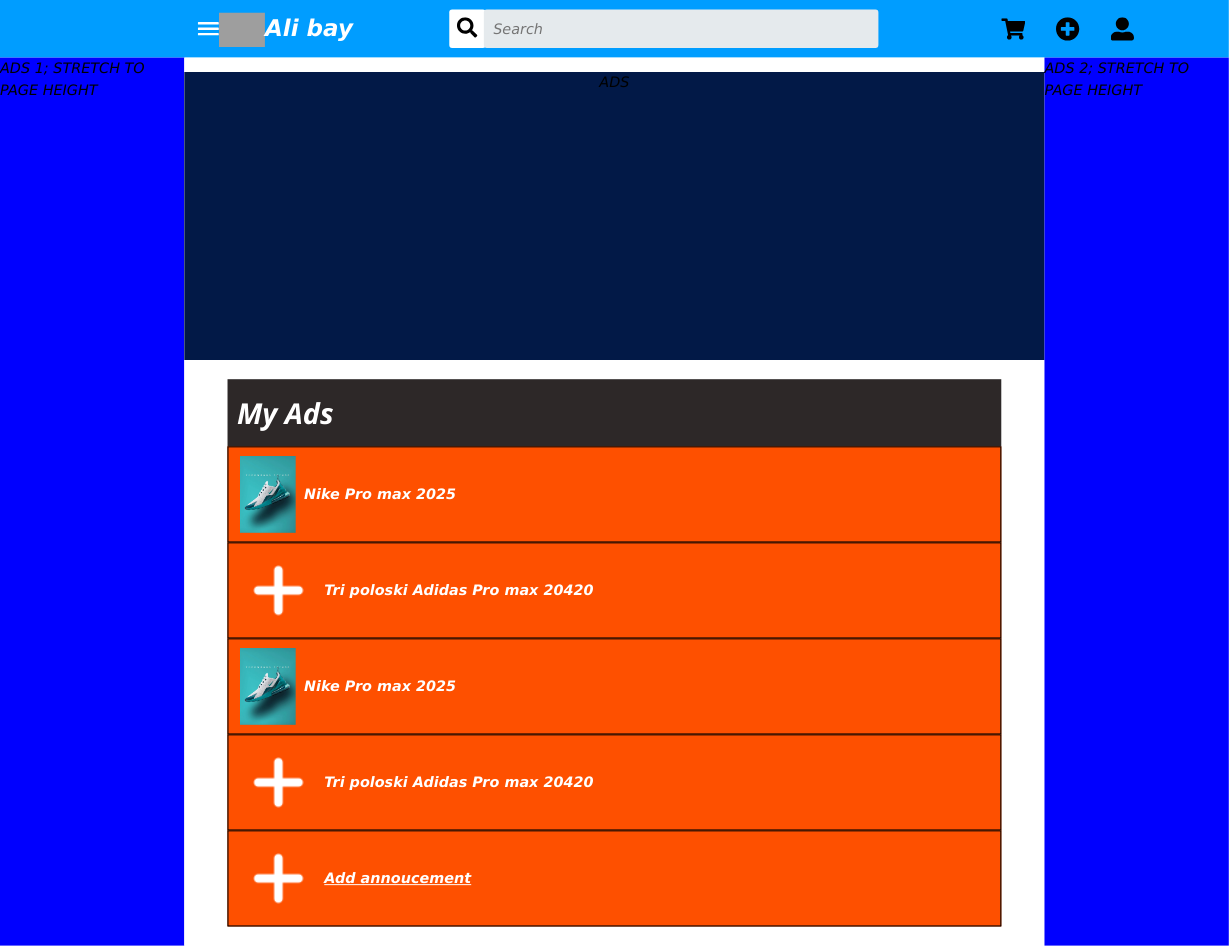
Repository: Aramys21/alibay-site
Page: public/ad_list.html
The author's editor kept a copy of each file at every save. The page is drawn from the files as they stood at one save, then again after a run of saves.
The browser window is 1280 px wide. The pictures show the whole page, at 96% of full size.
Pictures or frames that could not be fetched are drawn as grey boxes.

Above is the page before, as saved 2023-04-05 00:38:43.

### public/ad_list.html
<!DOCTYPE html>
<html>
  <head>
	<link rel="stylesheet" href="src/css/w3.css">
	<link rel="stylesheet" href="src/css/style.css">
	<link rel="stylesheet" href="src/css/style4.css">
    <title>Ads List Page</title>
  </head>
  <body>
	<div class="w3-sidebar w3-bar-block w3-card w3-animate-left side-bar" style="display:none" id="mySidebar">
		<!-- Side bar Menu -->
		<div class="sidebar-language">
			<button class="w3-bar-item w3-button w3-xlarge sidebar">ENG</button>
			<button class="w3-bar-item w3-button w3-xlarge sidebar">FR</button>
			<button class="w3-bar-item w3-button w3-xlarge sidebar">عربي</button>
		</div>
		<!-- contents of side bar -->
		<a class="w3-bar-item sidebar-title">Compte</a>
		<a href="login.html" class="w3-bar-item sidebar-link"><img class="search-icon" src="src/icons/account-white-icon.svg" style="height:12px;"> Login</a>
		<a href="register.html" class="w3-bar-item sidebar-link"><img class="search-icon" src="src/icons/account-add-icon.svg" style="height:12px;"> Register</a>
		<!-- separator -->
		<a class="w3-bar-item sidebar-title">Categories</a>
		<a href="#" class="w3-bar-item sidebar-link"><img class="search-icon" src="src/icons/perfume-icon.svg" style="height:18px;"> Cosmetique et beauté</a>
		<a href="#" class="w3-bar-item sidebar-link"><img class="search-icon" src="src/icons/watch-icon.svg" style="height:18px;"> Accessoire de mode</a>
		<a href="#" class="w3-bar-item sidebar-link"><img class="search-icon" src="src/icons/car-icon.svg" style="height:18px;"> Véhicules</a>
		<a href="#" class="w3-bar-item sidebar-link"><img class="search-icon" src="src/icons/battery-icon.svg" style="height:18px;"> piéces détachées</a>
		<a href="#" class="w3-bar-item sidebar-link"><img class="search-icon" src="src/icons/android-icon.svg" style="height:18px;"> Téléphones</a>
		<a href="#" class="w3-bar-item sidebar-link"><img class="search-icon" src="src/icons/headphones-icon.svg" style="height:18px;"> Accessoires de téléphones</a>
		<a href="#" class="w3-bar-item sidebar-link"><img class="search-icon" src="src/icons/appliance-icon.svg" style="height:18px;"> Electronique et electroménager</a>
		<a href="vetements.html" class="w3-bar-item sidebar-link"><img class="search-icon" src="src/icons/clothes-icon.svg" style="height:18px;"> Vétements</a>
	</div>

   <div id="navbar" class="navbar">
		<a href="#" id="openNav" class="w3-large navbar-first" onclick="menu_click()"><svg width="22" height="14" viewBox="0 0 22 14" fill="none" xmlns="http://www.w3.org/2000/svg">
			<path d="M0.785714 2.57143H21.2143C21.6482 2.57143 22 2.31561 22 2V0.571429C22 0.255821 21.6482 0 21.2143 0H0.785714C0.351754 0 0 0.255821 0 0.571429V2C0 2.31561 0.351754 2.57143 0.785714 2.57143ZM0.785714 8.28571H21.2143C21.6482 8.28571 22 8.02989 22 7.71429V6.28571C22 5.97011 21.6482 5.71429 21.2143 5.71429H0.785714C0.351754 5.71429 0 5.97011 0 6.28571V7.71429C0 8.02989 0.351754 8.28571 0.785714 8.28571ZM0.785714 14H21.2143C21.6482 14 22 13.7442 22 13.4286V12C22 11.6844 21.6482 11.4286 21.2143 11.4286H0.785714C0.351754 11.4286 0 11.6844 0 12V13.4286C0 13.7442 0.351754 14 0.785714 14Z" fill="white"/>
			</svg>
			</a>
		<div class="navbar__logo"><a href="home.html"><img src="src/images/logo-ab.png" style="width:8%;height:auto;"/>Ali bay</a></div>
		<div class="navbar__search">
		<a class="search-icon-link" href="#"><img class="search-icon" src="src/icons/search-icon.svg" style="width:22px;"></a>
		<input type="text" placeholder="Search" class="navbar__search__input"/>
		</div>
		<div class="navbar__links">


			<div class="dropdown">
				<a href="#" class="dropbtn"><img class="nav-icons" src="src/icons/cart-icon.svg"></a>
				<div id="dropdown-cart" class="dropdown-content">
					<p>My Cart</p>
					<a href="#"><img class="search-icon" src="src/icons/clothes-icon.svg"> Link 1</a>
					<a href="#"><img class="search-icon" src="src/icons/watch-icon.svg"> Link 2</a>
					<a href="#"><img class="search-icon" src="src/icons/appliance-icon.svg"> Link 3</a>
				</div>
			</div>

			<div class="dropdown">
				<a href="ad_list.html" class="dropbtn"><img class="nav-icons" src="src/icons/add-icon.svg"></a>
			</div>

			<div class="dropdown">
				<a href="#" class="dropbtn"><img class="nav-icons" src="src/icons/account-icon.svg"></a>
				<div id="dropdown-acc" class="dropdown-content">
					<p>My Account</p>
					<div class="dropdown-acc-info-container">
						<div class="dropdown-acc-icon"><img id="dropdown-account-icon" src="src/icons/account-icon.svg"></div>
						<a id="dropdown-acc-username">WexDex</a>
					</div>

					<a href="#">Disconnect</a>
				</div>
			</div>

      </div>
    </div>
	<script>
		function menu_click() {
		  if (document.getElementById("mySidebar").style.display === "none") {
			  document.getElementById("mySidebar").style.left = "0";
			  document.getElementById("mySidebar").style.width = "15%";
			  document.getElementById("mySidebar").style.display = "block";
		  }
		  else {
			  document.getElementById("mySidebar").style.display = "none";
		  }
		}
		function w3_close() {
			  document.getElementById("mySidebar").style.display = "none";
		}
	</script>

	<!-- Body Start -->
	<div id="container" style="display:flex;">
	<div class="left">ADS 1; STRETCH TO PAGE HEIGHT</div>
	<div class="main">
		<!-- ADS -->
		<div class="ad-box">
			<p>ADS</p>
		</div>
		<!-- main content -->

		<div class="list-container">
			<div class="list-label"><h2>My Ads</h2></div>
			<!-- Item list -->

			<!-- Single item start -->
			<div class="list-item">
				<a><img src="src/images/ades (1).png"></a>
				<a>Nike Pro max 2025</a>
			</div>
			<!-- single item end -->

			<!-- Single item start -->
			<div class="list-item">
				<a><img src="src/images/ades (2).png"></a>
				<a>Tri poloski Adidas Pro max 20420</a>
			</div>
			<!-- single item end -->

			<!-- Single item start -->
			<div class="list-item">
				<a><img src="src/images/ades (1).png"></a>
				<a>Nike Pro max 2025</a>
			</div>
			<!-- single item end -->

			<!-- Single item start -->
			<div class="list-item">
				<a><img src="src/images/ades (2).png"></a>
				<a>Tri poloski Adidas Pro max 20420</a>
			</div>
			<!-- single item end -->
			<a href=""></a><div class="list-item">
				<a href="#"><img src="src/images/ades (2).png"></a>
				<a href="#">Add annoucement</a>
			</div>
		</div>


	</div>
		<div class="right">ADS 2; STRETCH TO PAGE HEIGHT</div>
	</div>

	<a href="#" class="back-to-top"></a>
	<script>
		const backToTopButton = document.querySelector('.back-to-top');

		window.addEventListener('scroll', () => {
		  if (window.scrollY > 200) {
			backToTopButton.classList.add('show');
		  } else {
			backToTopButton.classList.remove('show');
		  }
		});

		backToTopButton.addEventListener('click', () => {
		  window.scrollTo({ top: 0, behavior: 'smooth' });
		});

	</script>
  </body>
</html>

### public/src/css/style.css
html,
body {

  font-style: italic;
}

/* Style for the navbar */
  .navbar {
	display: flex;
	justify-content: space-between;
	align-items: center;
	background-color: #009dff;
	color: #fff;
	padding: 10px;
	height: 60px;
  }
  .navbar__logo a {
	font-size: 24px;
	font-weight: bold;
	display: inline;
	color: #fff;
	text-decoration: none;

  }
  .navbar__logo img {
	  width:20% !important;
  }
  .navbar-first {
	  margin-left: 15%;
  }
  .navbar__logo {
	  display: inline;
	  width: 30%;
  }
  .navbar__search {
	  display: flex;
	  width:70%;
  }

  .navbar__search__input {
	/* margin: 0 20px; */
	margin-left: -2px;
	height: 40px;
	border-radius: 3px;
	border: none;
	padding: 0 10px;
	z-index: 1;
  }

  input[type="text"].navbar__search__input {
	margin-right: 20%;
	width: 100% !important;
	background-color: #e5eaed;
  }
  .search-icon-link {
	padding-top: 7px;
	background-color: #ffffff;
	border-radius: 3px;
	border: none;
	padding-left: 8px;
	padding-right: 8px;
  }

  .navbar__links {
	display: flex;
	margin-right: 5%;
  }
  .navbar__links a {
	color: #000;
	text-decoration: none;
	margin-right: 30px;
	font-size: 20px;
	margin-right: 50px;
  }
  .navbar__links a:last-child {
	margin-right: 0;
  }


  .nav-icons {
	  fill: black;
	  color: black;
  }

.side-bar {
	transition: 0.5s;
	background-color: #009dff;
	color: #fff;
}

#navbar {
  transition: margin-left .5s;
  padding: 20px;
}

@media screen and (max-height: 450px) {
  .navbar {padding-top: 15px;}
  .navbar a {font-size: 18px;}
}

/* Drop down */

.dropdown {
  float: left;
  overflow: hidden;
}

.dropdown .dropbtn {
  font-size: 16px;
  border: none;
  outline: none;
  color: white;
  padding: 14px 16px;
  background-color: inherit;
  font-family: inherit;
  margin: 0;
}

.navbar a:hover, .dropdown:hover .dropbtn {

}

.dropdown-content {
  display: none;
  position: absolute;
  background-color: #f9f9f9;
  box-shadow: 0px 8px 16px 0px rgba(0,0,0,0.2);
  z-index: 1;
  right : 10px;
}
#dropdown-cart {
	min-width: 400px;
}
#dropdown-acc {
	min-width: 250px;
}

.dropdown-acc-info-container {
	display: flex;
	align-items: center;
	background-color: #2D2828;
}
.dropdown-acc-info-container a {
	color: white;
	font-size: 20px;

}

.dropdown-acc-icon {
  display: flex;
  justify-content: center;
  align-items: center;
  width: 70px;
  height: 70px !important;
  border-radius: 50%;
  background-color: #FE5000;
  margin-bottom: 5px;
  color: white;
  margin: 5px;
}

.dropdown-acc-icon img {
	fill: #fff;
	color: #fff;
}

.dropdown-content a:not([id="dropdown-acc-username"]),.dropdown-content p,.dropdown-content img {
  float: none;
  color: #fff;
  padding: 6px 10px;
  text-decoration: none;
  display: flex;
  text-align: left;
  margin-right: 0;
  background-color: #FE5000;
}
.dropdown-content img {
	background-color: transparent;
}
.dropdown-content a {
	display: flex;
}

.dropdown-content p {
	background-color: #2D2828;
	margin-bottom: 0;
	margin-top: 0;
	font-size: 20px;
	color: #fff;
}
#dropdown-acc p {
	background-color: #000;
}

.dropdown-content a:hover:not([id="dropdown-acc-username"]),.dropdown-content img:hover {
  background-color: #942B0A;
}
#dropdown-account-icon:hover {
	background-color: transparent;
}

.dropdown:hover .dropdown-content {
  display: block;
}

/* Sidebar */

.sidebar-language button {
	width: 34%;
	font-size: 20px;
}
.sidebar-language {
	display: flex;
	background-color: #0077ff;
	color: #fff;
}
a.sidebar-title, a.sidebar-link {
	text-decoration: none;
}
a.sidebar-link {
	margin-left: 5%;
}
a.sidebar-link:hover {
	background-color: #942B0A;
}


/* Body Structure */
.container {
  justify-content: center;
  align-items: center;
}
.left,
.right {
  display:flex;
  /* height: 100%; */
  width: 15%;
}
.left {
  background-color: blue;
}

.right {
  background-color: blue;
}

.main {
  height: 100%;
  background-color: white;
  width: 70%;
}


/* Content */
.ad-box {
	height:300px;
	background-color: #021947;
	text-align: center;
	align-items: middle;
	margin: auto;
	width:100%;

}

.ad-box img {
	color: #000;
	font-size: 40px;
	margin: auto;
  background-size: cover;
  width: 100%;
  height: 100%;

}
.right img{
  width: 100%;
  height: 100%;

}

/* Categories */

.category-links {
	display: flex;
	justify-content: space-between;
	align-items: center;
  justify-content: center;
	background-color: #2D2828;
	height: 250px;
  padding-top: 10px;
	/* padding-left: 5%;
	padding-right: 5%; */
	flex-wrap: wrap;
	width:auto;
	/* margin-left: 15%; */
	/* margin-right: auto; */
}

.category-link {
  display: flex;
  flex-direction: column;
  justify-content: center;
  align-items: center;
  text-align: center;
  width: 100px;
  height: 120px;
  text-decoration: none;
  font-weight: bold;
  font-size: 1.2em;
  margin-right: 10px;
}

.category-icon {
  display: flex;
  justify-content: center;
  align-items: center;
  width: 70px;
  height: 70px !important;
  border-radius: 50%;
  background-color: #009dff;
  margin-bottom: 5px;
  color: white;
}
.category-icon.active-category {
  background-color: #8CBE39;
}

.category-icon img {
	fill: #fff;
	color: #fff;
}
.icn{
color: #fff;
fill: #fff;
height: 75% ;
}
.category-text {
  display: flex;
  text-overflow: ellipsis;
  overflow: hidden;
  word-wrap: break-word;
  color: white;
  font-size: 1rem;
  height: 50px;
}
/* Filter Bar */
.filter-container {
	/* width: 80%; */
	margin: auto;
	margin-top: 20px;
	display: flex;
	justify-content: center;
}
.filter-bar {
	display: flex;
	width: 40%;
	margin-right: 10%;
}
.filter-bar input {
	width: 100%;
	background-color: #009dff;
	border: none;
	color: white;
	border-top-left-radius: 5px;
	border-bottom-left-radius: 5px;
}

.filter-search-icon-link {
	padding: 8px;
	background-color: #08024f;
	border-top-right-radius: 3px;
	border-bottom-right-radius: 3px;
	border: none;
  }
/* Filter Dropdown */
.filter-dropdown {
  position: relative;
  display: inline-block;
}

.filter-btn {
  background-color: #009dff;
  color: white;
  padding: 10px;
  border: none;
  cursor: pointer;
  border-radius: 15px;
  font-size: 18px;
}

.filter-content {
  display: none;
  position: absolute;
  background-color: #009dff;
  min-width: 200px;
  z-index: 1;
  padding: 10px;
  box-shadow: 0px 8px 16px 0px rgba(0,0,0,0.2);
  border: black solid 1px;
}
.filter-content select,.filter-content input {
	background-color: #2D2828;
	color: white;
}

.filter-content form {
  margin: 0;
}

.filter-content label {
  display: block;
  font-weight: bold;
  margin-bottom: 5px;
}

.filter-content select, .filter-content input {
  display: block;
  margin-bottom: 10px;
  width: 100%;
  padding: 5px;
  border: 1px solid #ccc;
  border-radius: 4px;
  box-sizing: border-box;
}

.filter-content button[type=submit] {
  background-color: #4CAF50;
  color: white;
  border: none;
  padding: 10px;
  cursor: pointer;
}

.filter-dropdown:hover .filter-content {
  display: block;
}


/* Products List */
.product-list {
	display: flex;
	flex-wrap: wrap;
	justify-content: space-between;
	padding-left: 10%;
	padding-right: 10%;
	padding-top: 5%;
	width:100%;
}

.product-card {
  width: calc((100% / 3) - 20px);
  margin-bottom: 20px;
  box-shadow: 0 0 5px rgba(0, 0, 0, 0.2);
  border-radius: 5px;
  overflow: hidden;
  background-color: #006afe;
}

.product-card-img {
  display: block;
  width: 100%;
  height: 350px;
}

.product-card h2 {
  font-size: 1.2em;
  margin: 10px;
}

.product-card p {
  font-size: 0.9em;
  margin: 10px;
  color: #555;
}

.product-icons {
	display: flex;
	align-items: center;
	width: 50%;
}

.product-card a.card-icon-links {
  margin-left: 20px;
  padding: 20px 0px;
  border: none;
  color: white;
  font-weight: bold;
  border-radius: 5px;
  cursor: pointer;
}

.card-icons img {
	width: 33%;
	height: 33%;
}

/* Back to Top button */
.back-to-top {
  display: none;
  position: fixed;
  bottom: 20px;
  right: 20px;
  width: 50px;
  height: 50px;
  background-color: #007bff;
  color: white;
  border-radius: 50%;
  text-align: center;
  line-height: 50px;
  font-size: 24px;
  cursor: pointer;
  z-index: 9999;
  transition: opacity 0.4s ease-in-out;
  text-decoration: none;
}

.back-to-top:before {
  content: "\2191";
  font-family: Arial, sans-serif;
  font-weight: bold;
}

.back-to-top:hover {
  opacity: 0.8;
}

.back-to-top.active {
  display: block;
}


.back-to-top.show {
  display: block;
  opacity: 1;
}

### public/src/css/style4.css
.list-container {
	width: 90%;
	background-color: #2D2828;
	margin: auto;
	margin-top: 20px;
	margin-bottom: 20px;
}

.list-label {
	min-height: 70px;
	max-height: 70px;
	display: flex;
    align-items: center;
}

.list-item {
	min-height: 100px;
	max-height: 100px;
	display: flex;
    align-items: center;
	background-color: #FE5000;

	border: black solid 1px;
}

.list-item img {
	height: 80px;
	margin-left: 3%;
}

.list-container h2 {
	color: white;
	font-weight: bold;
	margin-left: 10px;
}

.list-item a {
	color: white;
	font-size: 30;
	font-weight: bold;
	margin-left: 10px;
}

Loaded but not shown: public/src/css/w3.css (library)

After the next 2 saves:
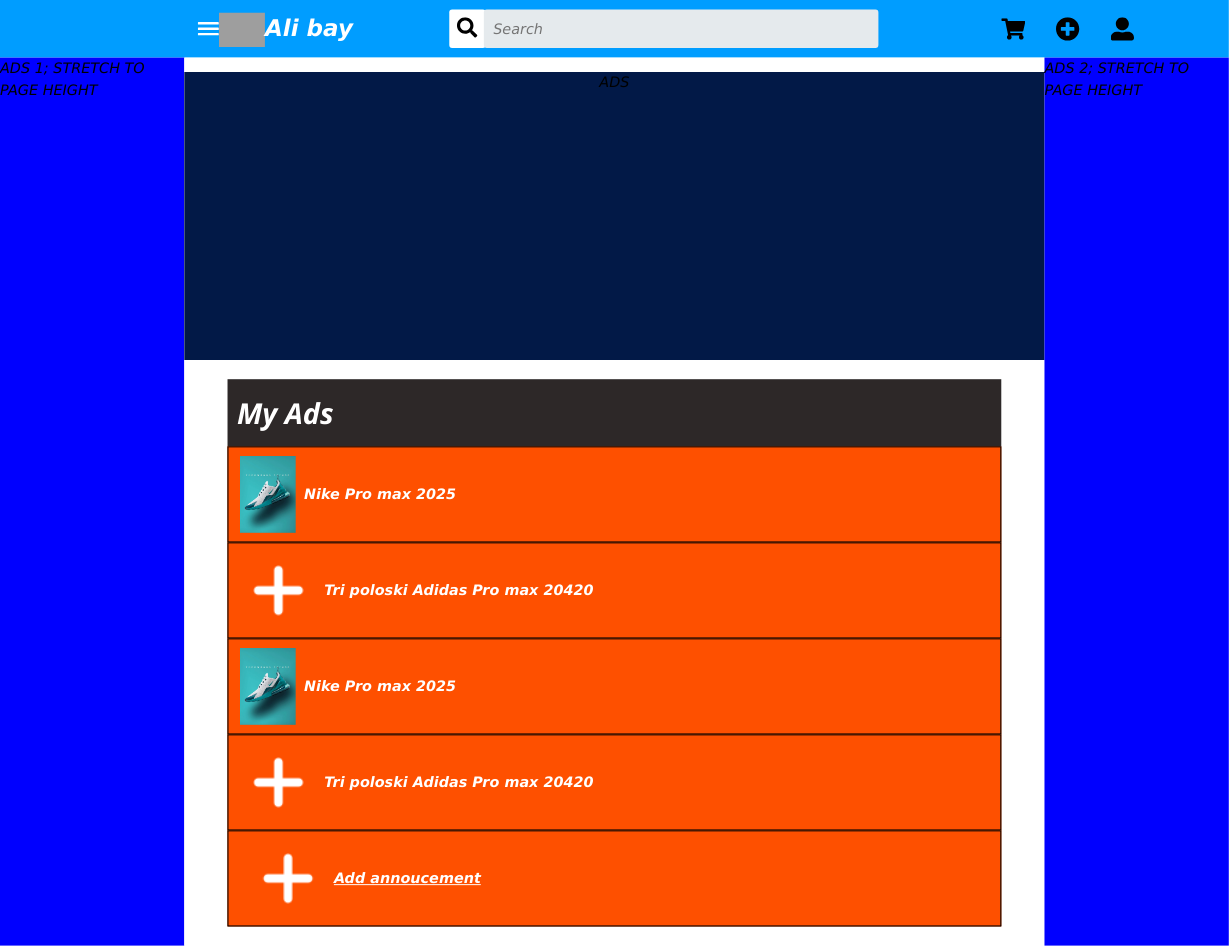
The 2 saves are shown as one change because they came seconds apart.
The last was saved 7 s later.
--- a/public/ad_list.html
+++ b/public/ad_list.html
@@ -129,10 +129,10 @@
 				<a>Tri poloski Adidas Pro max 20420</a>
 			</div>
 			<!-- single item end -->
-			<a href=""></a><div class="list-item">
+			<a href=""><div class="list-item">
 				<a href="#"><img src="src/images/ades (2).png"></a>
 				<a href="#">Add annoucement</a>
-			</div>
+			</div></a>
 		</div>
 
 
